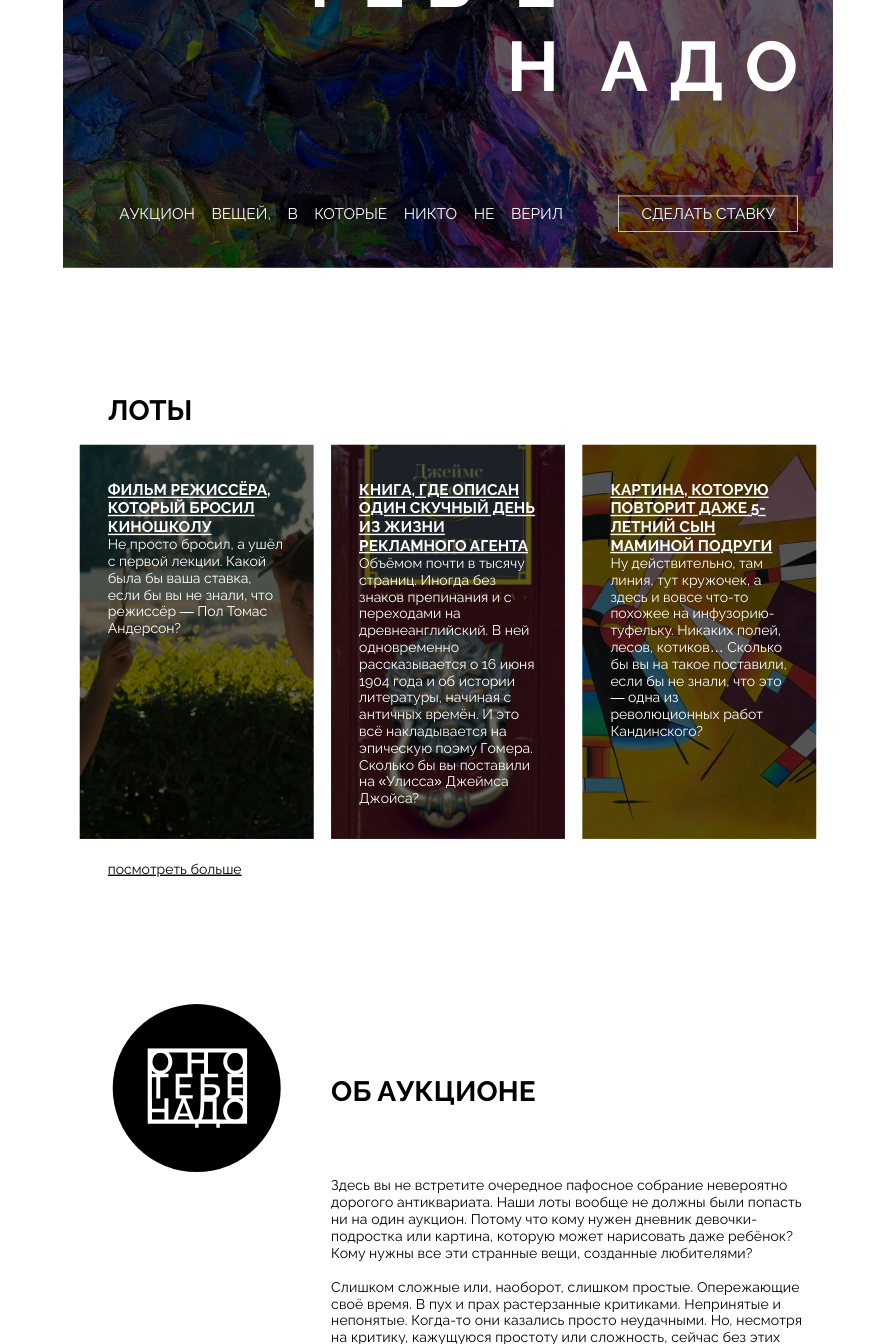
Repository: Smoyki/ono-tebe-nado
Page: index.html
An editor plug-in stored every save of this project. The page is shown before and after a run of saves, followed by the edit.
The browser window is 1280 px wide. The pictures show the part of the page from y = 668 to 2588 px (the page is 3027 px tall), at 70% of full size.

Above is the page before, as saved 2024-04-18 12:08:15.

After the next 3 saves:
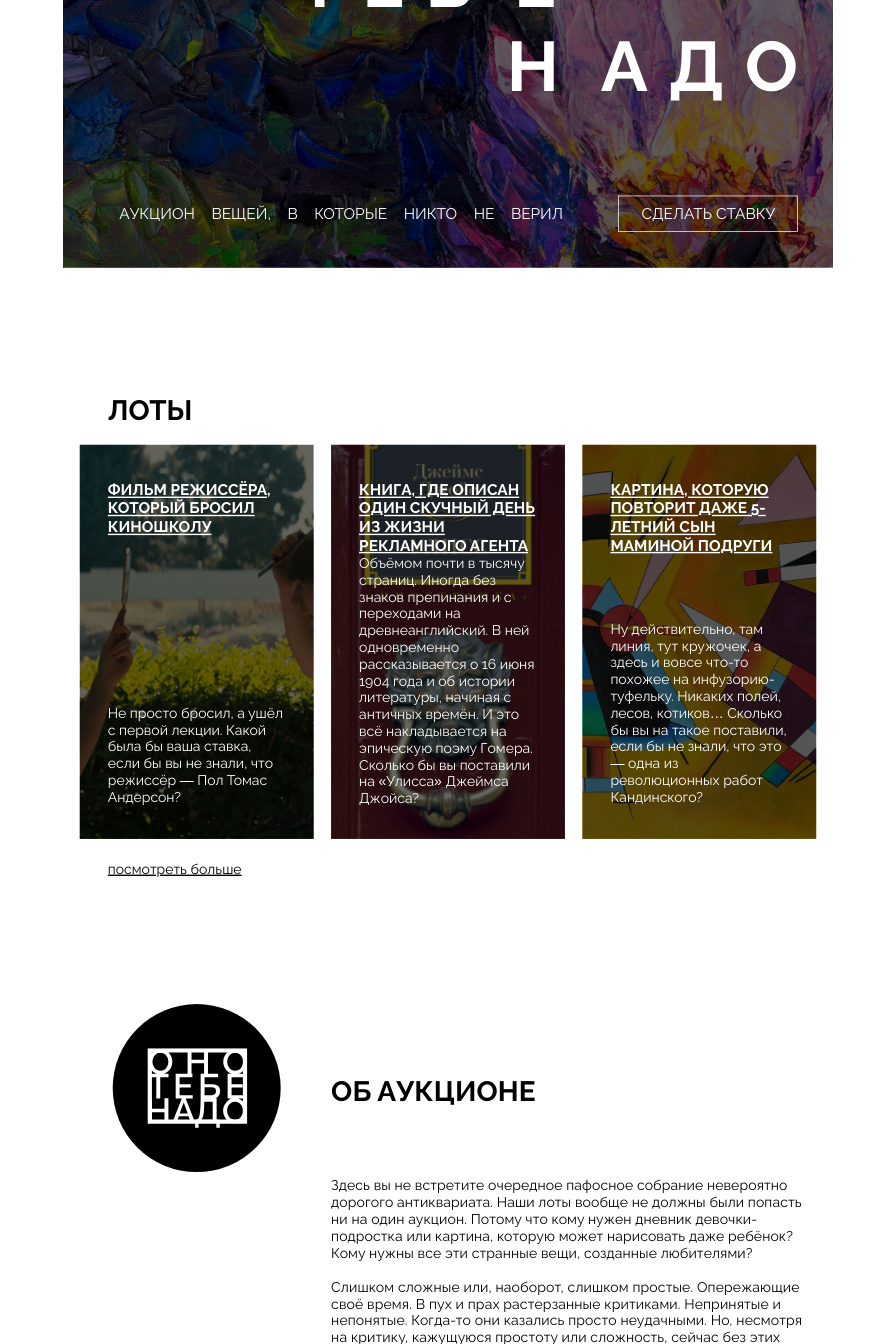
The 3 saves are shown as one change because they came seconds apart.
The last was saved 18 s later.
--- a/styles/style.css
+++ b/styles/style.css
@@ -221,7 +221,7 @@
   background-repeat: no-repeat;
   background-size: cover;
   background-position: center;
-  flex-direction: column;
+    flex-direction: column;
   justify-content: space-between;
   text-align: left;
 }
@@ -262,7 +262,18 @@
 }
 
 .lots .overlay {
+  display: flex;
+  position: absolute;
+  top: 0;
+  left: 0;
+  z-index: 0;
+  width: 100%;
+  height: 100%;
+  background: rgba(0, 0, 0, 0.6);
   padding: 51px 40px 48px 40px;
+  flex-direction: column;
+  justify-content: space-between;
+  text-align: left;
 }
 
 .lots__look-more-link {
